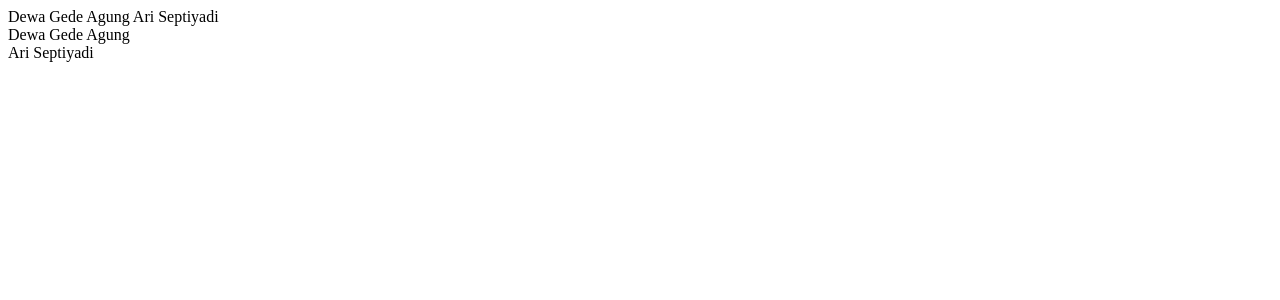
Repository: dewaary/JavaScript-Fundamentals
Page: index.html
These files come from the project's save history. The page is drawn as it stood at one moment and after the next save; the edit follows.
The browser window is 1280 px wide. The pictures show the whole page.

Above is the page before, as saved 2021-06-18 23:53:29.
Console error: TypeError: Assignment to constant variable.

After the next save:
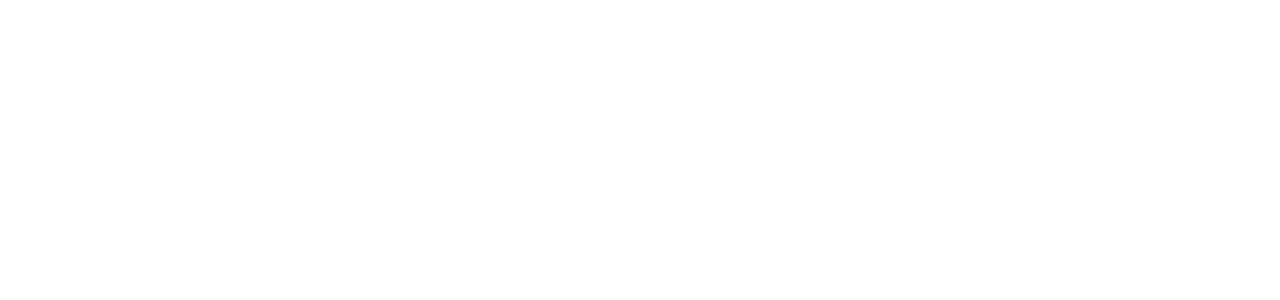
Saved 14 s later.
--- a/scripts/variabel.js
+++ b/scripts/variabel.js
@@ -18,19 +18,19 @@
 */
 
 // Qwords Variabel let
-let fullName;
-let firstName;
-let lastName;
+// let fullName;
+// let firstName;
+// let lastName;
 
-fullName = "Dewa Gede Agung Ari Septiyadi";
-firstName = "Dewa Gede Agung";
-lastName = "Ari Septiyadi";
+// fullName = "Dewa Gede Agung Ari Septiyadi";
+// firstName = "Dewa Gede Agung";
+// lastName = "Ari Septiyadi";
 
-document.writeln(fullName);
-document.writeln("<br>");
-document.writeln(firstName);
-document.writeln("<br>");
-document.writeln(lastName);
+// document.writeln(fullName);
+// document.writeln("<br>");
+// document.writeln(firstName);
+// document.writeln("<br>");
+// document.writeln(lastName);
 
 /* Qword Variabel Const =>
 Dengan menggunakan Qwords variabel Const maka isi dari variabel

After the save that followed:
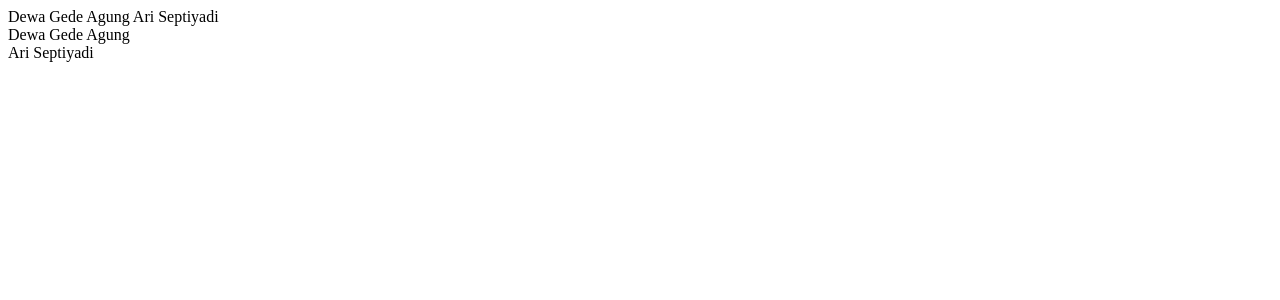
Saved 32 s later.
--- a/scripts/variabel.js
+++ b/scripts/variabel.js
@@ -18,19 +18,19 @@
 */
 
 // Qwords Variabel let
-// let fullName;
-// let firstName;
-// let lastName;
+let fullName;
+let firstName;
+let lastName;
 
-// fullName = "Dewa Gede Agung Ari Septiyadi";
-// firstName = "Dewa Gede Agung";
-// lastName = "Ari Septiyadi";
+fullName = "Dewa Gede Agung Ari Septiyadi";
+firstName = "Dewa Gede Agung";
+lastName = "Ari Septiyadi";
 
-// document.writeln(fullName);
-// document.writeln("<br>");
-// document.writeln(firstName);
-// document.writeln("<br>");
-// document.writeln(lastName);
+document.writeln(fullName);
+document.writeln("<br>");
+document.writeln(firstName);
+document.writeln("<br>");
+document.writeln(lastName);
 
 /* Qword Variabel Const =>
 Dengan menggunakan Qwords variabel Const maka isi dari variabel
